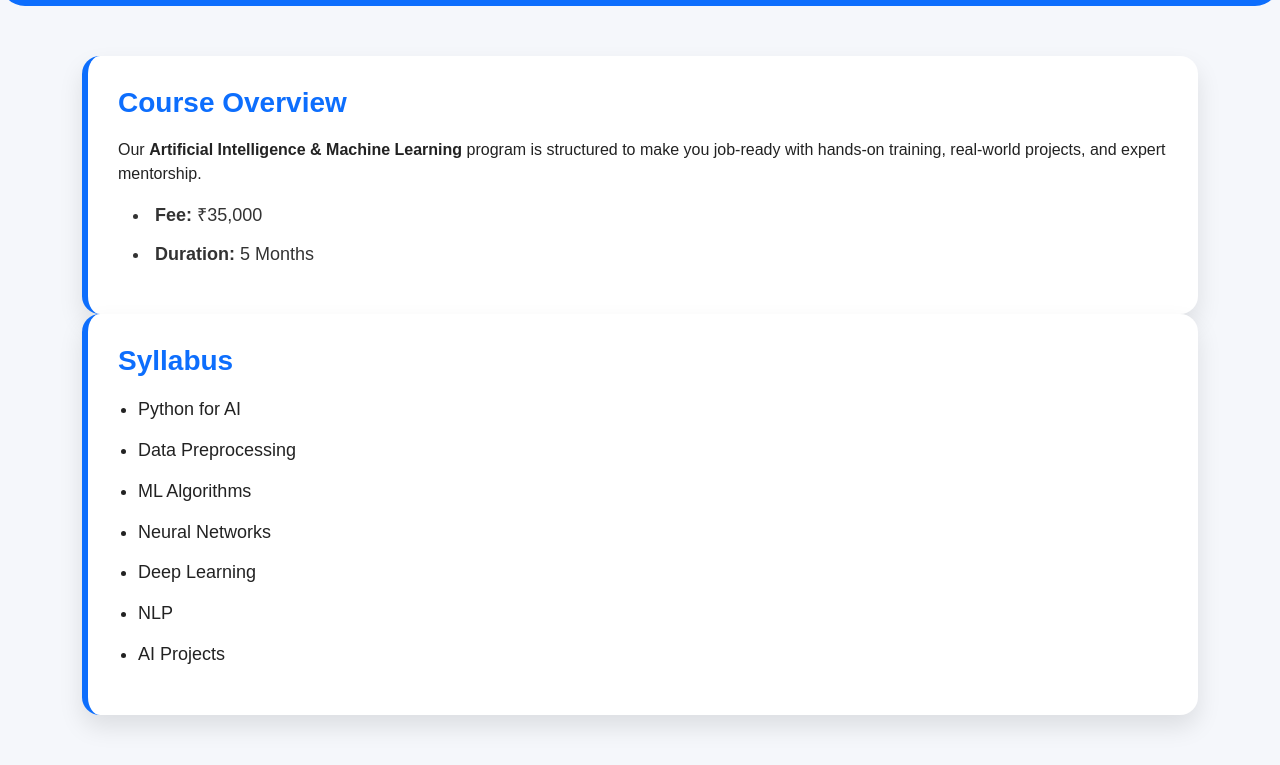
Repository: Aswin74k/project-2
Page: /course/aiml
The author's editor kept a copy of each file at every save. The page is drawn from the files as they stood at one save, then again after the next save.
The browser window is 1280 px wide. The pictures show the part of the page from y = 374 to 1140 px (the page is 1139 px tall before and 1140 px after).
The project was rebuilt for these pictures with package versions that can differ from the ones it lists, and the page was loaded fresh each time. Also part of the build but not shown: vite.config.js, src/project/Home.css, src/project/Home.jsx, src/project/About.css, src/project/About.jsx, src/project/Contact.jsx.

Above is the page before, as saved 2025-12-10 21:13:03.

After the next save:
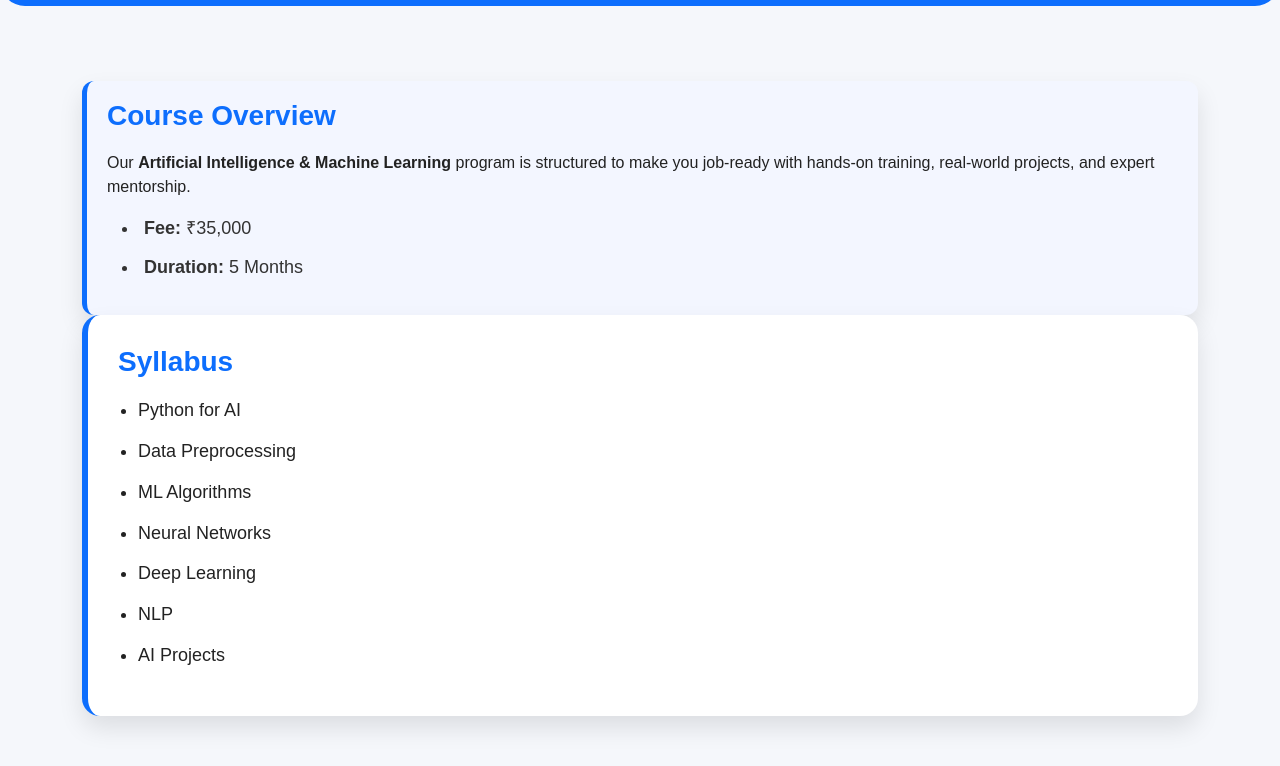
Saved 17 s later.
--- a/src/project/App.jsx
+++ b/src/project/App.jsx
@@ -5,7 +5,7 @@ import EduNavbar from "./EduNavbar";
 import Home from "./Home";
 import About from "./About";
 import Course from "./Course";
-// import Contact from "./Contact";
+import Contact from "./Contact";
 
 export default function App() {
   return (
